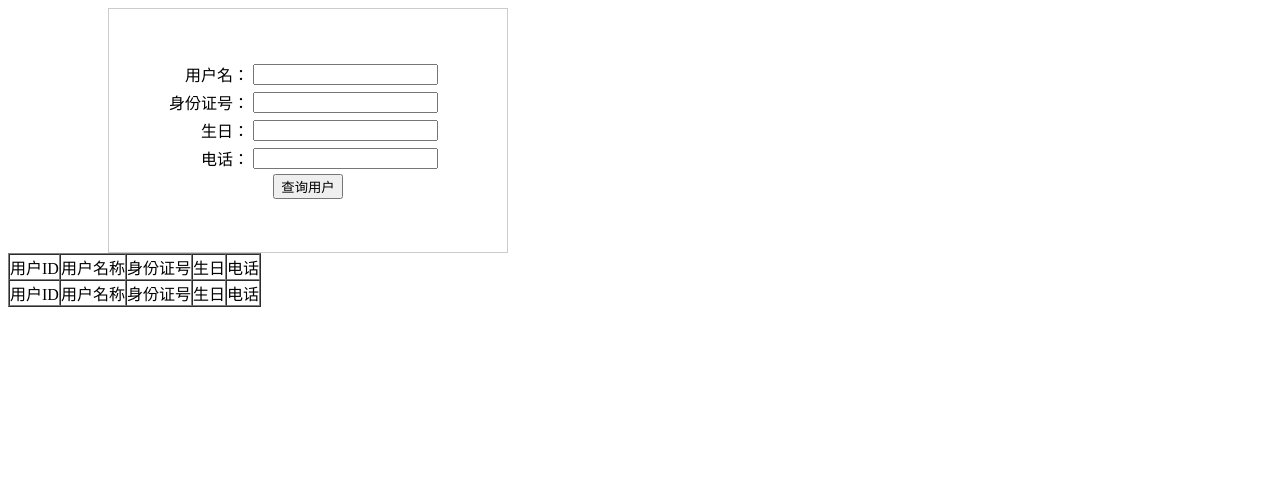
Repository: showmore/study
Page: http://localhost/MyWebProject/
These files come from the project's save history. The page is drawn as it stood at one moment and after the next save; the edit follows.
The browser window is 1280 px wide. The pictures show the whole page.
The page is served by Tomcat 9. Other server files are loaded and not shown.

Above is the page before, as saved 2018-12-23 10:45:01.

### MyWebProject/WebContent/index.jsp
<%@ page language="java" contentType="text/html; charset=UTF-8"
	pageEncoding="UTF-8"%>

<!DOCTYPE html>
<html>
<head>
<meta charset="UTF-8">
<title>MVC Test Index</title>
</head>
<body>
	<form action="<%=request.getContextPath()%>/query.udo">
		<table
			style="margin: 0 100px; padding: 50px; border: 1px #ccc solid; width: 400px;">
			<tr>
				<td style="text-align: right;">用户名：</td>
				<td style="text-align: left;"><input type="text"
					name="username" /></td>
			</tr>
			<tr>
				<td style="text-align: right;">身份证号：</td>
				<td style="text-align: left;"><input type="text"
					name="identity" /></td>
			</tr>
			<tr>
				<td style="text-align: right;">生日：</td>
				<td style="text-align: left;"><input type="text"
					name="birthday" /></td>
			</tr>
			<tr>
				<td style="text-align: right;">电话：</td>
				<td style="text-align: left;"><input type="text"
					name="phone" /></td>
			</tr>
			<tr>
				<td colspan=2 style="text-align: center;"><input type="submit"
					value="查询用户" /></td>
			</tr>

		</table>
	</form>

	<table border="1" cellpadding="0" cellspacing="0">
		<tr>
			<td>用户ID</td><td>用户名称</td><td>身份证号</td><td>生日</td><td>电话</td>
		</tr>
		<tr>
			<td>用户ID</td><td>用户名称</td><td>身份证号</td><td>生日</td><td>电话</td>
		</tr>
	</table>


</body>
</html>

After the next save:
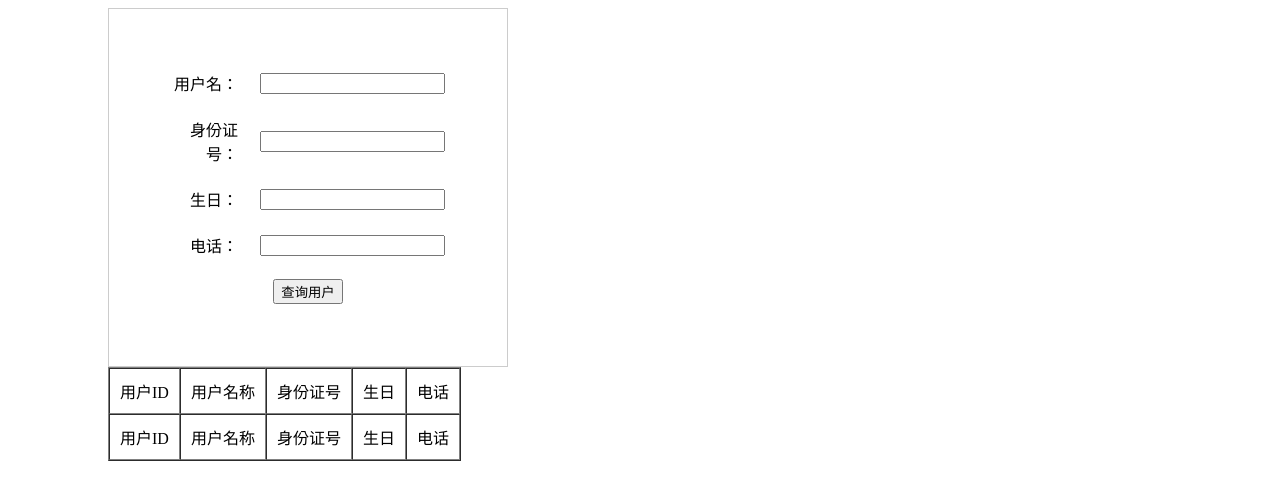
Saved 2 min 25 s later.
--- a/MyWebProject/WebContent/index.jsp
+++ b/MyWebProject/WebContent/index.jsp
@@ -6,6 +6,14 @@
 <head>
 <meta charset="UTF-8">
 <title>MVC Test Index</title>
+<style>
+	tr {
+		height:40px;
+	}
+	td {
+		padding:10px;
+	}
+</style>
 </head>
 <body>
 	<form action="<%=request.getContextPath()%>/query.udo">
@@ -39,7 +47,7 @@
 		</table>
 	</form>
 
-	<table border="1" cellpadding="0" cellspacing="0">
+	<table style="margin-left:100px; " border="1" cellpadding="0" cellspacing="0">
 		<tr>
 			<td>用户ID</td><td>用户名称</td><td>身份证号</td><td>生日</td><td>电话</td>
 		</tr>
